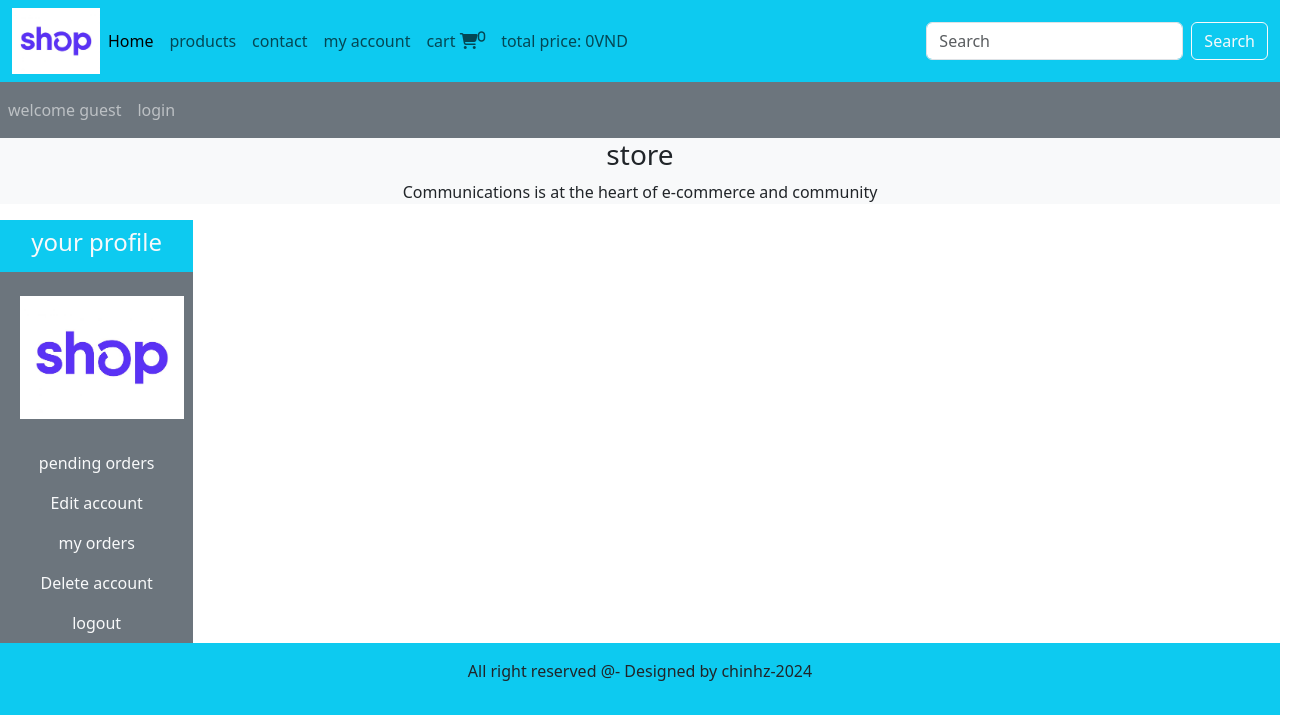
Repository: hahuuchinh2501/ecommerce_web
Page: http://localhost/users_area/profile.php
An editor plug-in stored every save of this project. The page is shown before and after the next save, followed by the edit.
The browser window is 1280 px wide. The page is 1292 px wide, so the pictures cover 1292 px, including what lies to the right of the window. The pictures show the whole page.
The page is run by PHP 8.4 with error messages shown; the project is at /var/www/html/. Queries for data that is not in the repository find no rows.

Above is the page before, as saved 2025-03-03 15:35:59.

### users_area/profile.php
<?php
include('../includes/connect.php');
include('../functions/common_function.php');
session_start();
?>



<!DOCTYPE html>
<html lang="en">

<head>
    <meta charset="UTF-8">
    <meta name="viewport" content="width=device-width, initial-scale=1.0">
    <title>welcome profile</title>
    <link href="https://cdn.jsdelivr.net/npm/bootstrap@5.3.3/dist/css/bootstrap.min.css" rel="stylesheet"
        integrity="sha384-QWTKZyjpPEjISv5WaRU9OFeRpok6YctnYmDr5pNlyT2bRjXh0JMhjY6hW+ALEwIH" crossorigin="anonymous">
    <link rel="stylesheet" href="https://cdnjs.cloudflare.com/ajax/libs/font-awesome/6.5.2/css/all.min.css"
        integrity="sha512-SnH5WK+bZxgPHs44uWIX+LLJAJ9/2PkPKZ5QiAj6Ta86w+fsb2TkcmfRyVX3pBnMFcV7oQPJkl9QevSCWr3W6A=="
        crossorigin="anonymous" referrerpolicy="no-referrer" />
    <link rel="stylesheet" href="../style.css">

</head>
<style>
    body {
        overflow-x: hidden;
    }
    .profile-img {
        width: 90%;
        height: 100%;
        margin: auto;
        display: block;
        padding-left: 10px;

    }
</style>

<body>
    <!-- navbar -->
    <div class="container-fluid p-0">
        <nav class="navbar navbar-expand-lg bg-info">
            <div class="container-fluid">
                <img src="../images/shop.jpg" alt="" class="logo">
                <button class="navbar-toggler" type="button" data-bs-toggle="collapse"
                    data-bs-target="#navbarSupportedContent" aria-controls="navbarSupportedContent"
                    aria-expanded="false" aria-label="Toggle navigation">
                    <span class="navbar-toggler-icon"></span>
                </button>
                <div class="collapse navbar-collapse" id="navbarSupportedContent">
                    <ul class="navbar-nav me-auto mb-2 mb-lg-0">
                        <li class="nav-item">
                            <a class="nav-link active" aria-current="page" href="../index.php">Home</a>
                        </li>
                        <li class="nav-item">
                            <a class="nav-link" href="../display_all.php">products</a>
                        </li>
                        <li class="nav-item">
                            <a class="nav-link" href="#">contact</a>
                        </li>
                        <li class="nav-item">
                            <a class="nav-link" href="profile.php">my account</a>
                        </li>
                        <li class="nav-item">
                            <a class="nav-link" href="../cart.php">cart <i
                                    class="fa-solid fa-cart-shopping"><sup><?php cart_item(); ?></sup></i></a>
                        </li>
                        <li class="nav-item">
                            <a class="nav-link" href="#">total price: <?php total_cart_price(); ?>VND </a>
                        </li>
                    </ul>
                    <form class="d-flex" role="search" action="../search_product.php" method="get">
                        <input class="form-control me-2" type="search" placeholder="Search" aria-label="Search"
                            name="search_data">
                        <!-- <button class="btn btn-outline-success" type="submit">Search</button> -->
                        <input type="submit" value="Search" class="btn btn-outline-light" name="search_data_product">
                    </form>
                </div>
            </div>
        </nav>

        <!-- call function cart -->
        <?php
        cart();
        ?>

        <nav class="navbar navbar-expand-lg navbar-dark bg-secondary">
            <ul class="navbar-nav me-auto">

                <?php
                if (!isset($_SESSION['username'])) {
                    echo "   <li class='nav-item'>
                            <a class='nav-link' href='#'>welcome guest</a>
                        </li>";
                } else {
                    echo "    <li class='nav-item'>
                            <a class='nav-link' href='#'>welcome " . $_SESSION['username'] . "</a>
                        </li>";
                }


                if (!isset($_SESSION['username'])) {
                    echo "  <li class='nav-item'>
                    <a class='nav-link' href='./users_area/user_login.php'>login</a>
                </li>";
                } else {
                    echo "  <li class='nav-item'>
                    <a class='nav-link' href='./users_area/logout.php'>logout</a>
                </li>";
                }
                ?>

            </ul>
        </nav>
        <div class="bg-light">
            <h3 class="text-center">store</h3>
            <p class="text-center">Communications is at the heart of e-commerce and community</p>
        </div>

       <div class="row">
            <div class="col-md-2 ">
                <ul class="navbar-nav bg-secondary text-center">
                    <li class="nav-item bg-info">
                        <a class="nav-link text-light" href="#"><h4>your profile</h4></a>
                    </li>
                     <li class="nav-item">
                        <img src="../images/shop.jpg" class="profile-img my-4" alt="">
                    </li>
                    <li class="nav-item">
                        <a class="nav-link text-light" href="#">pending orders</a>
                    </li>
                    <li class="nav-item ">
                        <a class="nav-link text-light" href="#">Edit account</a>
                    </li>
                    <li class="nav-item ">
                        <a class="nav-link text-light" href="#">my orders</a>
                    </li>
                     <li class="nav-item ">
                        <a class="nav-link text-light" href="#">Delete account</a>
                    </li>

                     <li class="nav-item ">
                        <a class="nav-link text-light" href="#">logout</a>
                    </li>


                </ul>
            </div>
            <div class="col-md-10">

            </div>
       </div>

        <!-- include footer  -->
        <?php
        include("../includes/footer.php")
            ?>
    </div>

    <script src="https://cdn.jsdelivr.net/npm/bootstrap@5.3.3/dist/js/bootstrap.bundle.min.js"
        integrity="sha384-YvpcrYf0tY3lHB60NNkmXc5s9fDVZLESaAA55NDzOxhy9GkcIdslK1eN7N6jIeHz"
        crossorigin="anonymous"></script>
</body>

</html>

### includes/connect.php
<?php

$con = mysqli_connect('127.0.0.1:3316', 'root', '123', 'myshop');
if (!$con) {
    die(mysqli_error($con));
}


?>

### functions/common_function.php
<?php
// include('./includes/connect.php');


function getproducts()
{

    global $con;
    //condition to check isset or not
    if (!isset($_GET['category'])) {
        if (!isset($_GET['brand'])) {
            $select_query = "Select * from `products` order by rand() LIMIT 0,9";
            $result_query = mysqli_query($con, $select_query);
            // $row=mysqli_fetch_assoc($result_query);
            // echo $row['product_title'];
            while ($row = mysqli_fetch_assoc($result_query)) {
                $product_id = $row['product_id'];
                $product_title = $row['product_title'];
                $product_description = $row['product_description'];
                $product_image1 = $row['product_image1'];
                $product_price = $row['product_price'];
                $category_id = $row['category_id'];
                $brand_id = $row['brand_id'];
                echo "<div class='col-md-4 mb-2'>
                        <div class='card'>
                            <img src='./admin_area/product_images/$product_image1' class='card-img-top' alt='...'>
                            <div class='card-body'>
                                <h5 class='card-title'>$product_title</h5>
                                <p class='card-text'>$product_description</p>
                                <p class='card-text'>Giá: $product_price</p>
                                <a href='index.php?add_to_cart=$product_id' class='btn btn-info'>Add to cart</a>
                                <a href='product_details.php?product_id=$product_id' class='btn btn-secondary'>View more</a>
                            </div>
                        </div>
                    </div>";
            }
        }

    }
}

// getting all product
function get_all_products()
{
    global $con;
    //condition to check isset or not
    if (!isset($_GET['category'])) {
        if (!isset($_GET['brand'])) {
            $select_query = "Select * from `products` order by rand()";
            $result_query = mysqli_query($con, $select_query);
            // $row=mysqli_fetch_assoc($result_query);
            // echo $row['product_title'];
            while ($row = mysqli_fetch_assoc($result_query)) {
                $product_id = $row['product_id'];
                $product_title = $row['product_title'];
                $product_description = $row['product_description'];
                $product_image1 = $row['product_image1'];
                $product_price = $row['product_price'];
                $category_id = $row['category_id'];
                $brand_id = $row['brand_id'];
                echo "<div class='col-md-4 mb-2'>
                        <div class='card'>
                            <img src='./admin_area/product_images/$product_image1' class='card-img-top' alt='...'>
                            <div class='card-body'>
                                <h5 class='card-title'>$product_title</h5>
                                <p class='card-text'>$product_description</p>
                                <p class='card-text'>Giá: $product_price</p>
                                <a href='index.php?add_to_cart=$product_id' class='btn btn-info'>Add to cart</a>
                                <a href='product_details.php?product_id=$product_id' class='btn btn-secondary'>View more</a>
                            </div>
                        </div>
                    </div>";
            }
        }

    }
}


//getting unique categories
function get_unique_categories()
{

    global $con;
    //condition to check isset or not
    if (isset($_GET['category'])) {
        $category_id = $_GET['category'];
        $select_query = "Select * from `products` where category_id=$category_id";
        $result_query = mysqli_query($con, $select_query);
        $num_of_rows = mysqli_num_rows($result_query);
        if ($num_of_rows == 0) {
            echo "<h2 class='text-center text-danger'> No stock for this category</h2>";
        }
        // $row=mysqli_fetch_assoc($result_query);
        // echo $row['product_title'];
        while ($row = mysqli_fetch_assoc($result_query)) {
            $product_id = $row['product_id'];
            $product_title = $row['product_title'];
            $product_description = $row['product_description'];
            $product_image1 = $row['product_image1'];
            $product_price = $row['product_price'];
            $category_id = $row['category_id'];
            $brand_id = $row['brand_id'];
            echo "<div class='col-md-4 mb-2'>
                        <div class='card'>
                            <img src='./admin_area/product_images/$product_image1' class='card-img-top' alt='...'>
                            <div class='card-body'>
                                <h5 class='card-title'>$product_title</h5>
                                <p class='card-text'>$product_description</p>
                                <p class='card-text'>Giá: $product_price</p>
                                <a href='index.php?add_to_cart=$product_id' class='btn btn-info'>Add to cart</a>
                                 <a href='product_details.php?product_id=$product_id' class='btn btn-secondary'>View more</a>
                            </div>
                        </div>
                    </div>";
        }
    }

}


//getting unique brands
function get_unique_brands()
{

    global $con;
    //condition to check isset or not
    if (isset($_GET['brand'])) {
        $brand_id = $_GET['brand'];
        $select_query = "Select * from `products` where brand_id=$brand_id";
        $result_query = mysqli_query($con, $select_query);
        $num_of_rows = mysqli_num_rows($result_query);
        if ($num_of_rows == 0) {
            echo "<h2 class='text-center text-danger'> this brand available for service</h2>";
        }
        // $row=mysqli_fetch_assoc($result_query);
        // echo $row['product_title'];
        while ($row = mysqli_fetch_assoc($result_query)) {
            $product_id = $row['product_id'];
            $product_title = $row['product_title'];
            $product_description = $row['product_description'];
            $product_image1 = $row['product_image1'];
            $product_price = $row['product_price'];
            $category_id = $row['category_id'];
            $brand_id = $row['brand_id'];
            echo "<div class='col-md-4 mb-2'>
                        <div class='card'>
                            <img src='./admin_area/product_images/$product_image1' class='card-img-top' alt='...'>
                            <div class='card-body'>
                                <h5 class='card-title'>$product_title</h5>
                                <p class='card-text'>$product_description</p>
                                <p class='card-text'>Giá: $product_price</p>
                                <a href='index.php?add_to_cart=$product_id' class='btn btn-info'>Add to cart</a>
                                <a href='product_details.php?product_id=$product_id' class='btn btn-secondary'>View more</a>
                            </div>
                        </div>
                    </div>";
        }
    }

}



function getbrands()
{
    global $con;
    $select_brands = "select * from `brands`";
    $result_brands = mysqli_query($con, $select_brands);
    // $row_data=mysqli_fetch_assoc($result_brands);
    // echo $row_data['brand_title'];
    // echo $row_data['brand_title'];
    while ($row_data = mysqli_fetch_assoc($result_brands)) {
        $brand_title = $row_data['brand_title'];
        $brand_id = $row_data['brand_id'];
        echo "<li class='nav-item'>
                        <a href='index.php?brand=$brand_id' class='nav-link text-light'> $brand_title</a>
                    </li>";
    }
}

function getcategories()
{
    global $con;
    $select_categories = "select * from `categories`";
    $result_categories = mysqli_query($con, $select_categories);
    // $row_data=mysqli_fetch_assoc($result_brands);
    // echo $row_data['brand_title'];
    // echo $row_data['brand_title'];
    while ($row_data = mysqli_fetch_assoc($result_categories)) {
        $category_title = $row_data['category_title'];
        $category_id = $row_data['category_id'];
        echo "<li class='nav-item'>
                        <a href='index.php?category=$category_id' class='nav-link text-light'> $category_title</a>
                    </li>";
    }
}

//function search product

function search_product()
{
    global $con;
    if (isset($_GET['search_data_product'])) {
        $search_data_value = $_GET['search_data'];
        $search_query = "Select * from `products` where product_keywords like '%$search_data_value%'";
        $result_query = mysqli_query($con, $search_query);
        $num_of_rows = mysqli_num_rows($result_query);
        if ($num_of_rows == 0) {
            echo "<h2 class='text-center text-danger'> No have product this category</h2>";
        }
        while ($row = mysqli_fetch_assoc($result_query)) {
            $product_id = $row['product_id'];
            $product_title = $row['product_title'];
            $product_description = $row['product_description'];
            $product_image1 = $row['product_image1'];
            $product_price = $row['product_price'];
            $category_id = $row['category_id'];
            $brand_id = $row['brand_id'];
            echo "<div class='col-md-4 mb-2'>
                        <div class='card'>
                            <img src='./admin_area/product_images/$product_image1' class='card-img-top' alt='...'>
                            <div class='card-body'>
                                <h5 class='card-title'>$product_title</h5>
                                <p class='card-text'>$product_description</p>
                                <p class='card-text'>Giá: $product_price</p>
                                <a href='index.php?add_to_cart=$product_id' class='btn btn-info'>Add to cart</a>
                                 <a href='product_details.php?product_id=$product_id' class='btn btn-secondary'>View more</a>
                            </div>
                        </div>
                    </div>";
        }
    }
}


// view details product
function view_details()
{
    global $con;
    //condition to check isset or not
    if (isset($_GET['product_id'])) {
        if (!isset($_GET['category'])) {
            if (!isset($_GET['brand'])) {
                $product_id = $_GET['product_id'];
                $select_query = "Select * from `products` where product_id=$product_id";
                $result_query = mysqli_query($con, $select_query);
                while ($row = mysqli_fetch_assoc($result_query)) {
                    $product_id = $row['product_id'];
                    $product_title = $row['product_title'];
                    $product_description = $row['product_description'];
                    $product_image1 = $row['product_image1'];
                    $product_image2 = $row['product_image2'];
                    $product_image3 = $row['product_image3'];
                    $product_price = $row['product_price'];
                    $category_id = $row['category_id'];
                    $brand_id = $row['brand_id'];
                    echo "<div class='col-md-4 mb-2'>
                        <div class='card'>
                            <img src='./admin_area/product_images/$product_image1' class='card-img-top' alt='$product_title'>
                            <div class='card-body'>
                                <h5 class='card-title'>$product_title</h5>
                                <p class='card-text'>$product_description</p>
                                <p class='card-text'>Giá: $product_price</p>
                                <a href='index.php?add_to_cart=$product_id' class='btn btn-info'>Add to cart</a>
                                <a href='index.php' class='btn btn-secondary'>go home</a>
                            </div>
                        </div>
                    </div>

                     <div class='col-md-8'>
                     <div class='row'>
                        <div class='col-md-12'>
                            <h4 class='text-center text-info mb-5 '>relate products</h4>
                        </div>
                        <div class='col-md-6'>
                            <img src='./admin_area/product_images/$product_image2' class='card-img-top'
                                alt='$product_title'>
                        </div>
                        <div class='col-md-6'>
                            <img src='./admin_area/product_images/$product_image3' class='card-img-top'
                                alt='$product_title'>
                        </div>
                    </div>

                    </div>
                    ";
                }
            }

        }
    }
}

//get ip address
function getIPAddress()
{
    //whether ip is from the share internet
    if (!empty($_SERVER['HTTP_CLIENT_IP'])) {
        $ip = $_SERVER['HTTP_CLIENT_IP'];
    }
    //whether ip is from the proxy
    elseif (!empty($_SERVER['HTTP_X_FORWARDED_FOR'])) {
        $ip = $_SERVER['HTTP_X_FORWARDED_FOR'];
    }
    //whether ip is from the remote address
    else {
        $ip = $_SERVER['REMOTE_ADDR'];
    }
    return $ip;
}
// $ip = getIPAddress();
// echo 'User Real IP Address - ' . $ip;


function cart()
{
    if (isset($_GET['add_to_cart'])) {
        global $con;
        $get_ip_add = getIPAddress();
        $get_product_id = $_GET['add_to_cart'];
        $select_query = "Select * from `cart_details` where ip_address='$get_ip_add' and product_id=$get_product_id";
        $result_query = mysqli_query($con, $select_query);
        $num_of_rows = mysqli_num_rows($result_query);
        if ($num_of_rows > 0) {
            echo "<script>alert('this item is already present inside cart')</script>";
            echo "<script>window.open('index.php','_self')</script>";
        } else {
            $insert_query = "insert into `cart_details` (product_id,ip_address,quantity) values ($get_product_id,'$get_ip_add',0)";
            $result_query = mysqli_query($con, $insert_query);
            echo "<script>alert('item is added to cart')</script>";
            echo "<script>window.open('index.php','_self')</script>";

        }
    }
}

// cart item
function cart_item()
{
    if (isset($_GET['add_to_cart'])) {
        global $con;
        $get_ip_add = getIPAddress();

        $select_query = "Select * from `cart_details` where ip_address='$get_ip_add'";
        $result_query = mysqli_query($con, $select_query);
        $count_cart_items = mysqli_num_rows($result_query);
    } else {
        global $con;
        $get_ip_add = getIPAddress();

        $select_query = "Select * from `cart_details` where ip_address='$get_ip_add'";
        $result_query = mysqli_query($con, $select_query);
        $count_cart_items = mysqli_num_rows($result_query);
    }
    echo $count_cart_items;
}

//total price function

function total_cart_price()
{
    global $con;
    $get_ip_add = getIPAddress();
    $total_price = 0;

    $cart_query = "Select * from `cart_details` where ip_address='$get_ip_add'";
    $result = mysqli_query($con, $cart_query);
    while ($row = mysqli_fetch_array($result)) {
        $product_id = $row['product_id'];
        $select_products = "Select * from `products` where product_id='$product_id'";
        $result_products = mysqli_query($con, $select_products);
        while ($row_product_price = mysqli_fetch_array($result_products)) {
            $product_price = array($row_product_price['product_price']);
            $product_values = array_sum($product_price);
            $total_price += $product_values;
        }
    }
    echo $total_price;
}

?>

### includes/footer.php
<div class="bg-info p-3 text-center">
    <p>All right reserved @- Designed by chinhz-2024</p>
</div>

### style.css
* {
    margin: 0;
    padding: 0;
    box-sizing: border-box;

}


.logo {
    width: 7%;
    height: 7%;
}

     .card-img-top {
            height: 360px; /* Đặt chiều cao cố định */
            object-fit: cover; /* Đảm bảo hình ảnh vừa khung và không bị biến dạng */
        }

.cart_img {
    width:50px;
    height:50px;
}

After the next save:
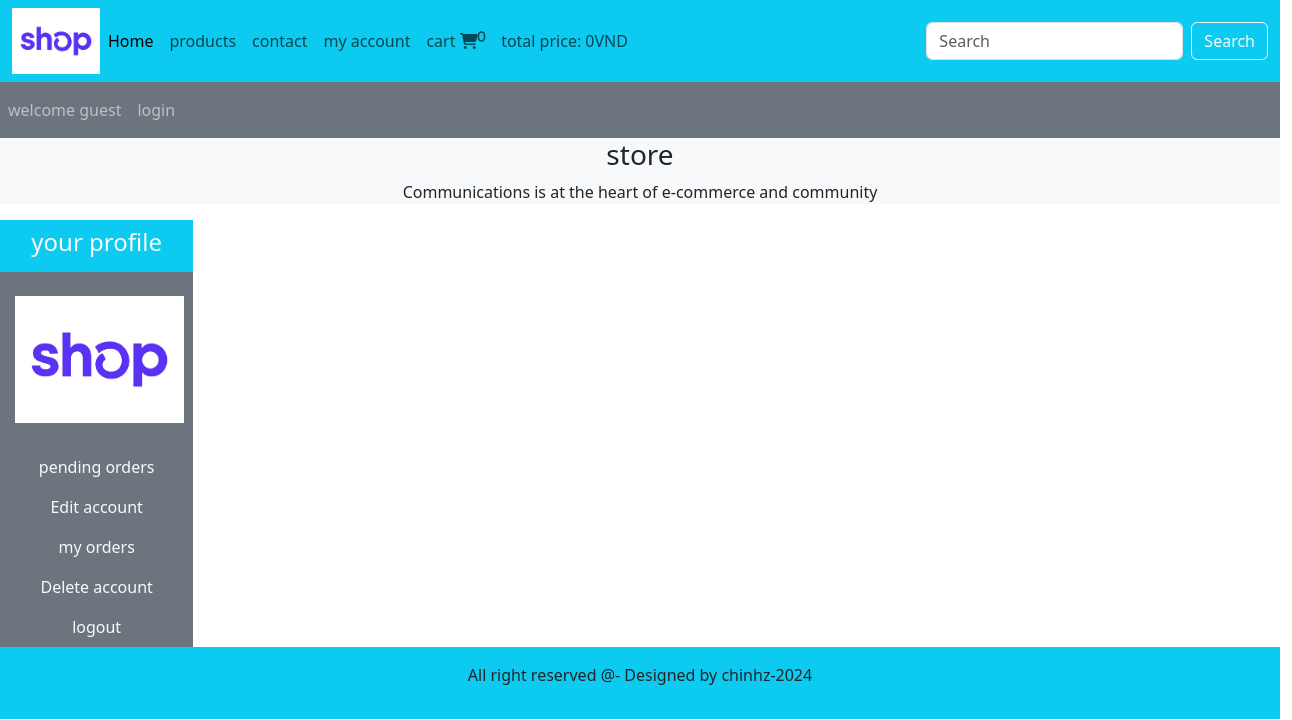
Saved 11 s later.
--- a/users_area/profile.php
+++ b/users_area/profile.php
@@ -30,7 +30,7 @@
         height: 100%;
         margin: auto;
         display: block;
-        padding-left: 10px;
+        padding-left: 5px;
 
     }
 </style>
